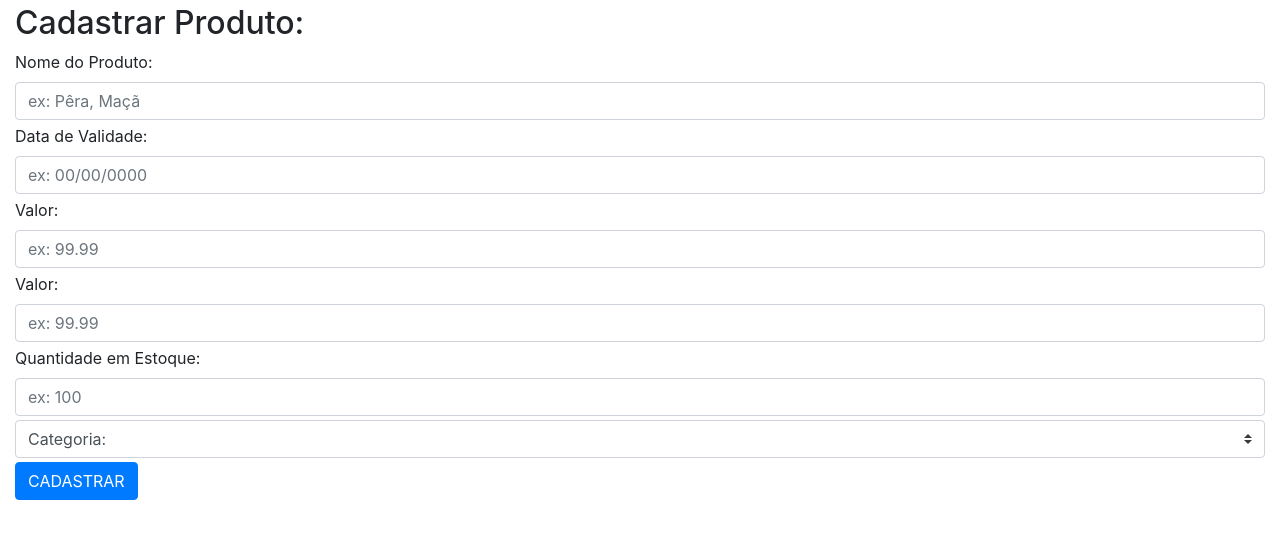
Repository: ricardofelipesilva/sistema
Page: http://localhost/site/controle.jsp
An editor plug-in stored every save of this project. The page is shown before and after the next save, followed by the edit.
The browser window is 1280 px wide. The pictures show the whole page.
The page is served by Tomcat 9. Other server files are loaded and not shown.

Above is the page before, as saved 2019-07-01 08:25:09.

### site/WebContent/controle.jsp
<%@ taglib uri="http://java.sun.com/jsp/jstl/core" prefix="c" %>
<!DOCTYPE html>
<html>
<head>
<meta charset="ISO-8859-1">
<link rel="stylesheet" href="https://stackpath.bootstrapcdn.com/bootstrap/4.3.1/css/bootstrap.min.css" integrity="sha384-ggOyR0iXCbMQv3Xipma34MD+dH/1fQ784/j6cY/iJTQUOhcWr7x9JvoRxT2MZw1T" crossorigin="anonymous">

<script src="https://code.jquery.com/jquery-3.3.1.slim.min.js" integrity="sha384-q8i/X+965DzO0rT7abK41JStQIAqVgRVzpbzo5smXKp4YfRvH+8abtTE1Pi6jizo" crossorigin="anonymous"></script>
<script src="https://cdnjs.cloudflare.com/ajax/libs/popper.js/1.14.7/umd/popper.min.js" integrity="sha384-UO2eT0CpHqdSJQ6hJty5KVphtPhzWj9WO1clHTMGa3JDZwrnQq4sF86dIHNDz0W1" crossorigin="anonymous"></script>
<script src="https://stackpath.bootstrapcdn.com/bootstrap/4.3.1/js/bootstrap.min.js" integrity="sha384-JjSmVgyd0p3pXB1rRibZUAYoIIy6OrQ6VrjIEaFf/nJGzIxFDsf4x0xIM+B07jRM" crossorigin="anonymous"></script>

<title>Mil Tecnologia | Cadastrar Produto</title>

</head>
<body>
	<form action="./novoproduto" method="post">

	<div class="col-auto my-1">
		<h2>Cadastrar Produto:</h2>
	</div>

	</form>

	<form action="./novoproduto" method="post">
  <div class="col-auto my-1 form-group">
    <label for="exampleInputEmail1">Nome do Produto:</label>
    <input  class="form-control" type="text" name="nome" placeholder="ex: Pêra, Maçã" required>
  </div>
  <div class=" col-auto my-1 form-group">
    <label for="exampleInputEmail1">Data de Validade:</label>
    <input  class="form-control" type="text" name="dataValidade"  placeholder="ex: 00/00/0000" />
  </div>

  <div class=" col-auto my-1 form-group">
    <label for="exampleInputEmail1">Valor:</label>
    <input  class="form-control" type="text" name="valor"  placeholder="ex: 99.99" />
  </div>

   <div class=" col-auto my-1 form-group">
    <label for="exampleInputEmail1">Valor:</label>
    <input  class="form-control" type="text" name="valor"  placeholder="ex: 99.99" />
  </div>

     <div class=" col-auto my-1 form-group">
    <label for="exampleInputEmail1">Quantidade em Estoque:</label>
    <input  class="form-control" type="text" name="quantidadeEstoque"  placeholder="ex: 100" />
  </div>
      <div class="col-auto my-1">
      <label class="mr-sm-2 sr-only" for="inlineFormCustomSelect">Preference</label>
      <select class="custom-select mr-sm-2" id="inlineFormCustomSelect">
        <option selected>Categoria:</option>
        <option value="1">Proteínas</option>
        <option value="2">Laticínios</option>
        <option value="3">Limpeza</option>
        <option value="4">Carnes</option>
      </select>
    </div>
 <div class=" col-auto my-1 form-group">
  <button type="submit" class="btn btn-primary">CADASTRAR</button>
  </div>
</form>


</body>
</html>

After the next save:
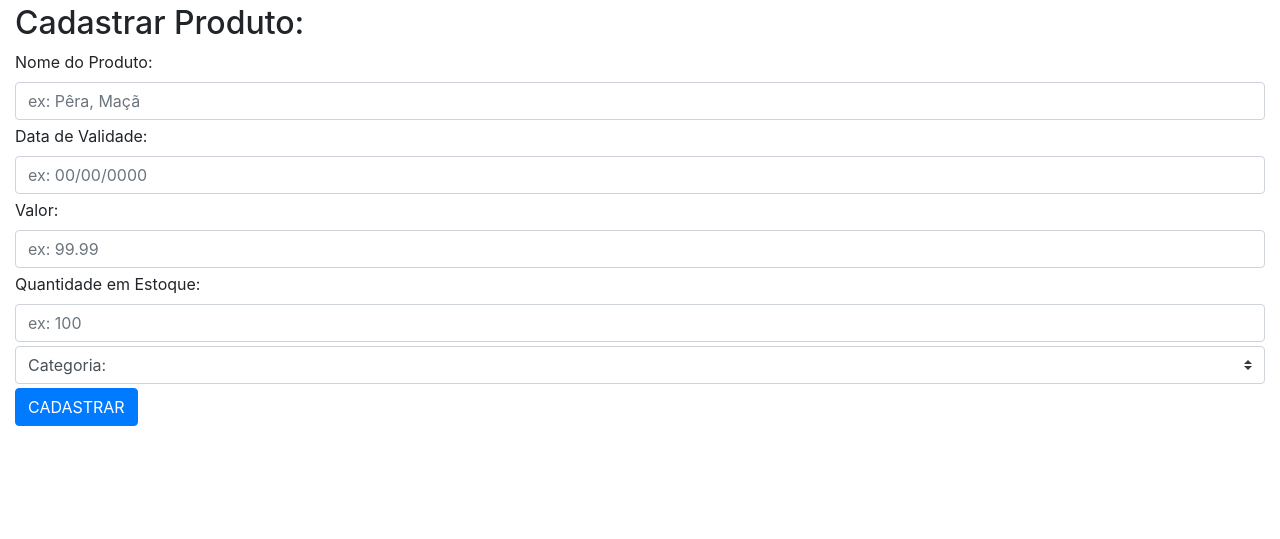
Saved 20 s later.
--- a/site/WebContent/controle.jsp
+++ b/site/WebContent/controle.jsp
@@ -36,10 +36,6 @@
     <input  class="form-control" type="text" name="valor"  placeholder="ex: 99.99" />
   </div>
 
-   <div class=" col-auto my-1 form-group">
-    <label for="exampleInputEmail1">Valor:</label>
-    <input  class="form-control" type="text" name="valor"  placeholder="ex: 99.99" />
-  </div>
 
      <div class=" col-auto my-1 form-group">
     <label for="exampleInputEmail1">Quantidade em Estoque:</label>
